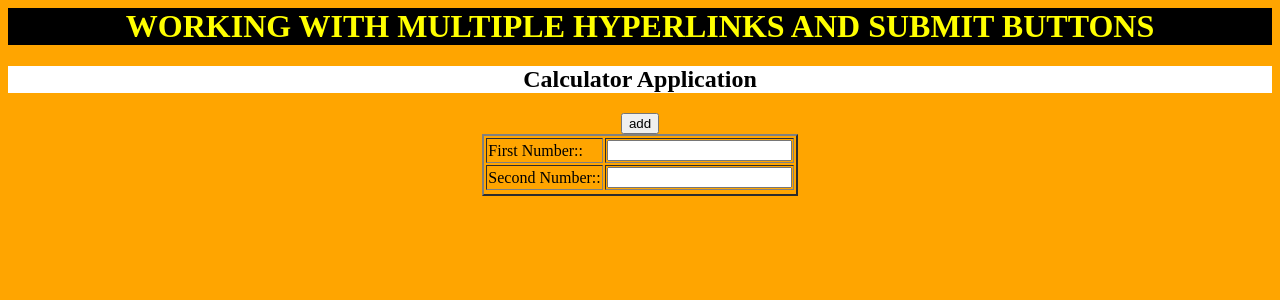
Repository: shivaramkrishna53/SERVLET_PROJECTS
Page: proj11-workingwithmultiplehyperlinksandsubmitbuttons/WebContent/input.html
These files come from the project's save history. The page is drawn as it stood at one moment and after the next save; the edit follows.
The browser window is 1280 px wide. The pictures show the whole page.

Above is the page before, as saved 2021-01-12 08:21:11.

After the next save:
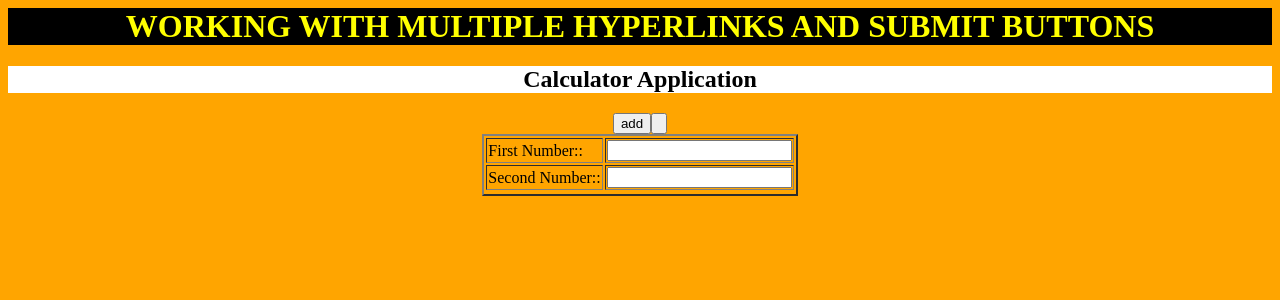
Saved 60 s later.
--- a/proj11-workingwithmultiplehyperlinksandsubmitbuttons/WebContent/input.html
+++ b/proj11-workingwithmultiplehyperlinksandsubmitbuttons/WebContent/input.html
@@ -22,7 +22,7 @@
 </tr>
 <tr>
 <input type="button" name="cal" value="add"/>
-
+<input type="button" name="cal"
 </tr>
 </table>
 </center>
